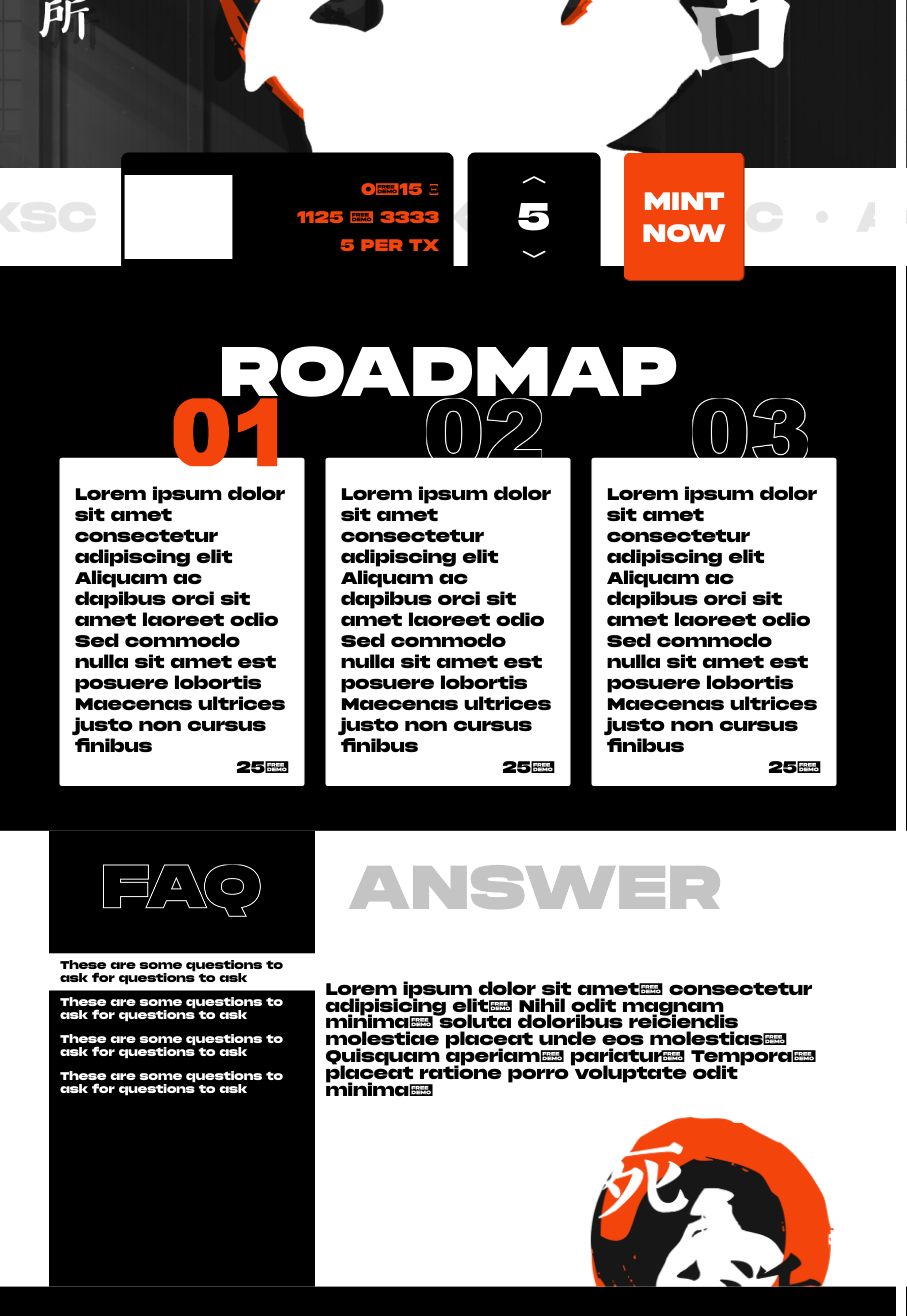
Repository: danishmahmoodawan/Sneakpeak
Page: /
The author's editor kept a copy of each file at every save. The page is drawn from the files as they stood at one save, then again after the next save.
The browser window is 1280 px wide. The page is 1295 px wide, so the pictures cover 1295 px, including what lies to the right of the window. The pictures show the part of the page from y = 530 to 2410 px (the page is 3283 px tall), at 70% of full size.
The project was rebuilt for these pictures with package versions that can differ from the ones it lists, and the page was loaded fresh each time.

Above is the page before, as saved 2022-02-28 22:27:28.

### public/index.html
<!DOCTYPE html>
<html lang="en">
  <head>
    <meta charset="utf-8" />
    <meta name="viewport" content="width=device-width, initial-scale=1" />
    <link rel="stylesheet" href="https://cdnjs.cloudflare.com/ajax/libs/twitter-bootstrap/4.6.0/css/bootstrap.min.css">
	<link rel="stylesheet" href="https://cdnjs.cloudflare.com/ajax/libs/font-awesome/5.15.4/css/all.min.css">
	<link rel="stylesheet" href="assets/css/style.css">
	<title>SneakPeak</title>
  </head>
  <body>
    <noscript>You need to enable JavaScript to run this app.</noscript>
    <div id="root"></div>
	<script src="https://cdnjs.cloudflare.com/ajax/libs/jquery/3.5.1/jquery.slim.min.js"></script>
	<script src="https://cdnjs.cloudflare.com/ajax/libs/popper.js/1.16.1/umd/popper.min.js"></script>
  <script src="https://cdnjs.cloudflare.com/ajax/libs/twitter-bootstrap/4.6.0/js/bootstrap.min.js"></script>
  <link rel="stylesheet" href="https://fonts.googleapis.com/css2?family=Inter:wght@100;200;300;400;500;600;700;800;900&display=swap"/>
  <link rel="stylesheet" href="https://fonts.googleapis.com/css2?family=VT323:wght@400&display=swap"/>
  </body>
</html>

### src/App.js
import Home from "./pages/Home";

function App() {
  return (
    <div>
      <Home />
    </div>
  );
}

export default App;

### src/pages/Home.js

import { useState, useEffect } from 'react';
function Home() {

  return (
   <>
 <section className="top_section">
            <div className="container">
                <div className="row">
                    <div className="col-12 text-center top_image">
                        <div className="social_div">
                            <img src="assets/images/ICON_INSTA24.png" alt="ICON_INSTA24" className="desktop_image"/>
                            <img src="assets/images/ICON_MEDIUM25.png" alt="ICON_MEDIUM25" className="desktop_image"/>
                            <img src="assets/images/ICON_OS26.png" alt="ICON_OS26" className="desktop_image"/>
                            <img src="assets/images/ICON_TWITTER27.png" alt="ICON_TWITTER27" className="desktop_image"/>
                            <img src="assets/images/ICON_DISCORD28.png" alt="ICON_DISCORD28" className="desktop_image"/>
                        </div>
                    </div>
                </div>
            </div>
        </section>
        <section className="first_section"></section>

        <section className="second_section">
            <div className="container">
                <div className="row d-flex align-items-center justify-content-center">
                    <div className="col-12 col-md-5 left_sec_col img_col">
                        <div className="row">
                          <div className="col-12 right_inner_sec_col row_set_whi">
                                <div className="row">
                                    <div className="col-4 col_white">
                                        <p>PRICE</p>
                                    </div>
                                    <div className="col-8 col_black">
                                        <p>0.15 Ξ</p>
                                    </div>
                                </div>
                                <div className="row">
                                    <div className="col-4 col_white">
                                        <p>TOTAL</p>
                                    </div>
                                    <div className="col-8 col_black">
                                        <p>1125 / 3333</p>
                                    </div>
                                </div>
                                <div className="row">
                                    <div className="col-4 col_white">
                                        <p>LIMIT</p>
                                    </div>
                                    <div className="col-8 col_black">
                                        <p>5 PER TX</p>
                                    </div>
                                </div>
                            </div>
                        </div>

                    </div>
                    <div className="col-12 col-md-2 left_sec_col text-center">
                        <div className="row"><div className="col-12 icon_size p-0"> <a href="#" target={{target:"_blank"}}> <svg xmlns="http://www.w3.org/2000/svg" width="50" height="40" fill="currentColor" className="bi bi-chevron-compact-up" viewBox="0 0 16 16">
  <path fill-rule="evenodd" d="M7.776 5.553a.5.5 0 0 1 .448 0l6 3a.5.5 0 1 1-.448.894L8 6.56 2.224 9.447a.5.5 0 1 1-.448-.894l6-3z"/>
</svg></a></div>
 </div>
                        <div className="row"><div className="col-12 icon_size p-0"><span className="counts"> 5 </span></div> </div>
                        <div className="row"><div className="col-12 icon_size p-0"><a href="#" target={{target:"_blank"}}> <svg xmlns="http://www.w3.org/2000/svg" width="50" height="40" fill="currentColor" className="bi bi-chevron-compact-down" viewBox="0 0 16 16">
  <path fill-rule="evenodd" d="M1.553 6.776a.5.5 0 0 1 .67-.223L8 9.44l5.776-2.888a.5.5 0 1 1 .448.894l-6 3a.5.5 0 0 1-.448 0l-6-3a.5.5 0 0 1-.223-.67z"/>
</svg></a></div>
 </div>
                    </div>
                    <div className="col-12 col-md-2 mintbtns right_col">
                    <button className=" m-2">MINT <br /> NOW</button>
                    </div>
                </div>
            </div>
        </section>

        <section className="third_section roadmapSec">
            <div className="container">
                <div className="row third_row">
                <div className="col-12 "><h1>ROADMAP</h1></div>
                 </div>
                 <div className="row set_map">
                 <div className="col-sm-12 col-md-4">
                 <div className="btn map_one maptwo btn-primary position-relative">
             <p>    Lorem ipsum dolor sit amet consectetur adipiscing elit Aliquam ac dapibus orci sit amet laoreet odio Sed commodo nulla sit amet est posuere lobortis Maecenas ultrices justo non cursus finibus </p>
  <span className="position-absolute top-0 start-100 translate-middle badge rounded-pill set_ict">
  <img src="assets/images/01.png" alt="PREVIEW_Artboard321293" className="desktop122_image" />
  </span>
  <p className="text-right">25%</p>
</div>
                 </div>
                 <div className="col-sm-12 col-md-4">
                 <div className="btn map_one maptwo btn-primary position-relative">
             <p>    Lorem ipsum dolor sit amet consectetur adipiscing elit Aliquam ac dapibus orci sit amet laoreet odio Sed commodo nulla sit amet est posuere lobortis Maecenas ultrices justo non cursus finibus </p>
  <span className="position-absolute top-0 start-100 translate-middle badge rounded-pill set_ict">
  <img src="assets/images/02.png" alt="PREVIEW_Artboard321293" className="desktop122_image" />
  </span>
  <p className="text-right">25%</p>
</div>
                 </div>
                 <div className="col-sm-12 col-md-4">
                 <div className="btn map_one maptwo btn-primary position-relative">
             <p>    Lorem ipsum dolor sit amet consectetur adipiscing elit Aliquam ac dapibus orci sit amet laoreet odio Sed commodo nulla sit amet est posuere lobortis Maecenas ultrices justo non cursus finibus </p>
  <span className="position-absolute top-0 start-100 translate-middle badge rounded-pill set_ict">
  <img src="assets/images/03.png" alt="PREVIEW_Artboard321293" className="desktop122_image" />
  </span>
  <p className="text-right">25%</p>
</div>
                 </div>
                 </div>
             </div>
        </section>
        <section className="forth_section faq_container">
            <div className="container">
            <div className="row">
            <div className="col-4 faq_col p-5">
            <img src="assets/images/faq.png" alt="PREVIEW_Artboard321293" className="desktop122_image" />
</div>
            <div className="col-8 p-5">
            <img src="assets/images/answer.png" alt="PREVIEW_Artboard321293" className="desktop122_image" />
            </div>
            </div>



<div className="row">
<div className="col-md-4 bg_link faq_tabss p-0">

    <ul className="nav md-pills pills-secondary d-flex flex-column">
      <li className="nav-item">
        <a className="nav-link active" data-toggle="tab" href="#panel11" role="tab">These are some questions to ask for questions to ask</a>
      </li>
      <li className="nav-item">
        <a className="nav-link" data-toggle="tab" href="#panel12" role="tab">These are some questions to ask for questions to ask</a>
      </li>
      <li className="nav-item">
        <a className="nav-link" data-toggle="tab" href="#panel13" role="tab">These are some questions to ask for questions to ask</a>
      </li>
      <li className="nav-item">
        <a className="nav-link" data-toggle="tab" href="#panel14" role="tab">These are some questions to ask for questions to ask</a>
      </li>
    </ul>

  </div>
  <div className="col-md-8 logo_ns">

    <div className="tab-content pt-0">

      <div className="tab-pane fade in show active" id="panel11" role="tabpanel">
        <br />

        <p>Lorem ipsum dolor sit amet, consectetur adipisicing elit. Nihil odit magnam minima, soluta doloribus
          reiciendis molestiae placeat unde eos molestias. Quisquam aperiam, pariatur. Tempora, placeat ratione
          porro voluptate odit minima.</p>
          <img src="assets/images/logo_set.png" alt="LOGO" className="desktop122_image" />


      </div>
      <div className="tab-pane fade" id="panel12" role="tabpanel">
        <br />

        <p>Lorem ipsum dolor sit amet, consectetur adipisicing elit. Nihil odit magnam minima, soluta doloribus
          reiciendis molestiae placeat unde eos molestias. Quisquam aperiam, pariatur. Tempora, placeat ratione
          porro voluptate odit minima.</p>
        <p>Lorem ipsum dolor sit amet, consectetur adipisicing elit. Nihil odit magnam minima, soluta doloribus
          reiciendis molestiae placeat unde eos molestias. Quisquam aperiam, pariatur. Tempora, placeat ratione
          porro voluptate odit minima.</p>

      </div>
      <div className="tab-pane fade" id="panel13" role="tabpanel">
        <br />

        <p>Lorem ipsum dolor sit amet, consectetur adipisicing elit. Nihil odit magnam minima, soluta doloribus
          reiciendis molestiae placeat unde eos molestias. Quisquam aperiam, pariatur. Tempora, placeat ratione
          porro voluptate odit minima.</p>
          <img src="assets/images/logo_set.png" alt="LOGO" className="desktop122_image" />


      </div>
      <div className="tab-pane fade" id="panel14" role="tabpanel">
        <br />

        <p>Lorem ipsum dolor sit amet, consectetur adipisicing elit. Nihil odit magnam minima, soluta doloribus
          reiciendis molestiae placeat unde eos molestias. Quisquam aperiam, pariatur. Tempora, placeat ratione
          porro voluptate odit minima.</p>
        <p>Lorem ipsum dolor sit amet, consectetur adipisicing elit. Nihil odit magnam minima, soluta doloribus
          reiciendis molestiae placeat unde eos molestias. Quisquam aperiam, pariatur. Tempora, placeat ratione
          porro voluptate odit minima.</p>

      </div>


    </div>


</div>

</div>
</div>


        </section>

        <section className="fifth_section">
            <div className="container-fluid fifth_container">
            <div className="row"><div className="col-12">
                <h2 className="road_map">SNEAKPEEK</h2>
            </div></div></div>
        </section>
        <section className="six_section">
            <div className="container-fluid">
            <div className="row">
            <div className="col-4">
            <img src="assets/images/char_img.png" alt="char_img" className="desktop122_image" />
            </div>
            <div className="col-4">
            <img src="assets/images/char_img.png" alt="char_img" className="desktop122_image" />
            </div>
            <div className="col-4">
            <img src="assets/images/char_img.png" alt="char_img" className="desktop122_image" />
            </div>

            </div>
            </div>
        </section>
        <section>
        <div className="row">
            <div className="col-12">
            <div className="empty_div"> </div>
            </div>
            <div className="col-12">
            <div className="empty_divs"> </div>
            </div>
            </div>
        </section>
        <section className="section_seven">
        <div className="container">
        <div className="row">
            <div className="col-4 col_whites ">
            <img src="assets/images/project_name.png" alt="char_img" className="desktop122_image" />
            </div>
            </div>
            </div>
        </section>

	</>
  );
}

export default Home;

### public/assets/css/style.css
html {
  font-family: Inter;
  font-size: 16px;
}
body{
  overflow-x: hidden;
}
@font-face {
  font-family: 'Phonk-cont';
  src: url('../fonts/Phonk-ContrastDEMO.ttf');
}
@font-face {
  font-family: 'Phonk-regular';
  src: url('../fonts/Phonk-ReguularDEMO.ttf');
}
body {
  font-weight: 400;
  font-style:normal;
  text-decoration: none;
  text-transform: none;
  letter-spacing: normal;
  line-height: 1.15;
  color: var(--dl-color-gray-black);
  background-color: var(--dl-color-gray-white);
}
p{
  margin-bottom: 0px;
  font-family: Phonk-cont;
  font-size: 24px;
  font-style: normal;
  font-weight: 400;
  line-height: 24px;
  letter-spacing: 0em;
  text-align: left;
  color:#FFF
}
h2{
  font-family: 'Phonk-cont';
  font-style: normal;
  font-weight: normal;
  font-size: 72px;
  line-height: 72px;
  color: #FFFFFF;
  text-align: center;
  margin-bottom: 0;
}
:root {
  --dl-color-gray-500: #595959;
  --dl-color-gray-700: #999999;
  --dl-color-gray-900: #D9D9D9;
  --dl-size-size-large: 144px;
  --dl-size-size-small: 48px;
  --dl-color-danger-300: #A22020;
  --dl-color-danger-500: #BF2626;
  --dl-color-danger-700: #E14747;
  --dl-color-gray-black: #000000;
  --dl-color-gray-white: #FFFFFF;
  --dl-size-size-medium: 96px;
  --dl-size-size-xlarge: 192px;
  --dl-size-size-xsmall: 16px;
  --dl-space-space-unit: 16px;
  --dl-color-primary-100: #003EB3;
  --dl-color-primary-300: #0074F0;
  --dl-color-primary-500: #14A9FF;
  --dl-color-primary-700: #85DCFF;
  --dl-color-success-300: #199033;
  --dl-color-success-500: #32A94C;
  --dl-color-success-700: #4CC366;
  --dl-size-size-xxlarge: 288px;
  --dl-size-size-maxwidth: 1400px;
  --dl-radius-radius-round: 50%;
  --dl-space-space-halfunit: 8px;
  --dl-space-space-sixunits: 96px;
  --dl-space-space-twounits: 32px;
  --dl-radius-radius-radius2: 2px;
  --dl-radius-radius-radius4: 4px;
  --dl-radius-radius-radius8: 8px;
  --dl-space-space-fiveunits: 80px;
  --dl-space-space-fourunits: 64px;
  --dl-space-space-threeunits: 48px;
  --dl-space-space-oneandhalfunits: 24px;
}

.desktop122_image{
  width: 100%;
}
/* css start */
.top_section{
  background-color: #222222;
  padding: 10px;
}
.empty_div{
height: 30px;
background: #000;
}
.empty_divs{
height: 30px;
background: white;
}
.section_seven{
background:#E5E5E5;
padding-bottom: 40px;
}
.col_white{
background: white;
}
.col_white img{
  margin-top: -15px;
}
.top_content .button{
  font-family: VT323;
  font-style: normal;
  font-weight: normal;
  font-size: 16px;
  line-height: 16px;
  color: #222222;
}
.first_section{
  background-image: url('images/banner_home.png');
  background-repeat: no-repeat;
  background-size: cover;
  height: 100vh;
  background-position: center;
}
.second_section{
  background-image: url('images/aksc.png');
    background-repeat: no-repeat;
    background-size: inherit;
    background-position: center;
    margin: -30px;
    width: 100%;
}
.third_row h1{
  font-family: Phonk-cont;
  font-style: normal;
  font-weight: 600;
  font-size: 100px;
  text-align: center;
  color: white;
}
.col_white p{
  color: #fff;
  padding: 8px 0;
  text-align: center;
}

.col_black p{
  color: #F3440B;
  padding: 8px 0;
  text-align: right;
}
.img_col{
  padding: 32px 20px !important;
}
.mintbtns button{
  background: #F3440B;
border-radius: 10px;
color: white;
padding: 44px 25px;
font-family: Phonk-cont;
font-weight: 600;
font-size: 36px;
line-height: 46px;
border-color: #F3440B;
}
.mintbtns button:hover{
  background: #bc350a;
}
.counts{
  font-family: Phonk-cont;
  font-style: normal;
  font-weight: 600;
  font-size: 55px;
  color: white;
}
.icon_size{
color: white;
}
.icon_size a{
  color: white;
}
.icon_size a:hover{
  color: #F3440B;
}
.second_section .row{
  align-items: center;
}
.left_sec_col{
  background-color: #000;
  padding: 20px 15px;
  border-radius: 10px;
  margin-left: 10px;
  margin-right: 10px;
}

.pluss_minus_row{
  padding: 40px;
}
.second_section a.button{
  background: linear-gradient(90.9deg, #35A9AD 0%, #9D4DB1 100%);
  color: #FFF;
  font-family: VT323;
  display: block;
  text-decoration: none;
  max-width: 370px;
  margin: 0 auto;
  margin-top: 30px;
  cursor: pointer;
}
.map_one{
  background: #444444;
  border: 2px solid #FFFFFF;
box-sizing: border-box;
padding: 35px 20px 10px 20px;
margin-top: 16%;
}
.roadmapSec{
padding: 5% 0;
}
.maptwo{
  background: white;
}
.maptwo p{
  color: #000;
}
.forth_section img{
width: 80%;
}
.map_one p{
  line-height: 30px;
}
.maptwo .badge{
top: -118px !important;
}
.maptwo img{
  width: 82%;
}
.map_one .badge{
  top: -90px;
  right: -19px;

}
.set_ict{
  font-family: Phonk-cont;
  font-style: normal;
  font-weight: 600;
  font-size: 100px;
  text-align: center;
  color: white;
}
.map_one:hover{
  background: #444444;
  border: 2px solid #FFFFFF;
}
.maptwo:hover{
  background: white;
}
.map_one:active, .map_one:focus{
  background-color: #444444 !important;
  box-shadow: none !important;
  border-color: #fff !important;
}
.map_two:active, .map_two:focus{
  background-color: white !important;
  box-shadow: none !important;
  border-color: #fff !important;
}
.map_one:not(:disabled):not(.disabled){
  cursor: auto;
}
p.sol{
  color: rgba(34, 34, 34, 0.5);
  text-align: center;
  padding-top: 8px;
}
.third_section{
  background-color: black;
  padding-top: 7%;
}
.faq_container{
  background: white;
}
.faq_container h2{
  padding: 0 30px;

}
.faq_col{
background: black;
display: block;
text-align: center;
}
.bg_link{
  background: black;
}

.forth_left_col{
  background-color: #222222;
}
.forth_section p{
  margin: 20px 0;
  color: black;
}
.logo_ns img{
width: 50%;
float: right;
}
.forth_left_col p{
  background-color: #111111;
  color: #FFF;
  padding: 10px 20px;
}
.forth_right_col{
  padding-left: 100px;
}
.forth_right_col p{
  color: #111111;
}
.fifth_section{
  background: black;
  padding: 50px 0;
}
.fifth_section .container:not(:last-child) {
  background: #C4C4C4;
  max-width: 900px;
  margin: 0 auto;
  padding: 50px 30px 100px;
}

.fifth_section h2.road_map{
  font-size: 120px;
  line-height: 60px;
color:black;
text-align: left;
}
.fifth_section p{
  color: #111111;
}
.fifth_container{
background: #F3440B;
padding: 20px;
}
.six_section{
background: #2f4773;
}
.fifth_left_col{
  background-color: #FFF;
  border-right: 8px solid rgba(17, 17, 17, 0.5);
  border-bottom: 8px solid rgba(17, 17, 17, 0.5);
}
.fifth_left_col h2{
  font-size: 100px;
  line-height: 100px;
  color: #000000;
  padding: 20px;
}
.fifth_last_row .fifth_left_col{
  background: linear-gradient(90.9deg, #35A9AD 0%, #9D4DB1 100%);
  border-right: 8px solid rgba(255, 255, 255, 0.5);
  border-bottom: 8px solid rgba(255, 255, 255, 0.5);
}
.fifth_last_row .fifth_left_col h2{
  color: #FFF;
}
.logo_container{
  background-color: #FFF;
}
/* FAQ Start */
.faq_tabss a{
color: white;
font-family: Phonk-cont;
}
.faq_tabss .active{
background: white;
color: black;
}
/* FAQ STart */
/* media query */
@media only screen and (min-width: 1025px) {

}
@media only screen and (max-width: 1024px) and (min-width: 992px) {

  .first_section{
    height: 26vh;
    background-size: contain;
  }
  .right_third_col{
    background-size: cover;
  }
}

@media only screen and (max-width: 992px) and (min-width: 768px) {
  .first_section{
    height: 26vh;
  }
  .pluss_minus_row{
    padding: 25px;
  }
  .col_white p ,.col_black p{
    font-size: 18px;
  }
  .right_third_col{
    background-size: cover;
  }
}
@media only screen and (max-width: 767px) {
  h2{
    font-size: 36px;
    line-height: 42px;
  }
  .third_row h1, .fifth_section h2.road_map{
    font-size: 30px;
  }
  .first_section {
    background-size: cover;
    height: 25vh;
  }
  .top_section .col-6{
padding: 0;
  }
  .right_sec_col{
    padding-top: 30px;
  }
  .second_section{
    margin: 0;
  }
  .row_set_whi{
    margin: 10px -25px;
  }
  .footer_row .col_ew{
display: none;
  }
  .faq_container{
    padding: 35px 0 30px;
  }
  .right_third_col .container{
    position: initial
  }
  .right_third_col .container .row{
    margin-top: 20px;
  }
  .right_third_col a{
    margin-bottom: 10px;
  }
  .forth_right_col{
    padding: 0 15px ;
  }
  .forth_section{
    padding-bottom: 40px;
  }
  .fifth_section p{
    margin-top: 20px;
  }
  .fifth_section .container:not(:last-child){
    padding-bottom: 40px;
  }
  body, html{
    overflow-x: hidden;
  }
}

@media only screen and (max-width: 767px) and (min-width: 540px) {
  .first_section{
    height: 33vh;
    background-size:  cover;
  }
}

Loaded but not shown: src/index.js (common file); src/index.css (common file); src/reportWebVitals.js (common file)

After the next save:
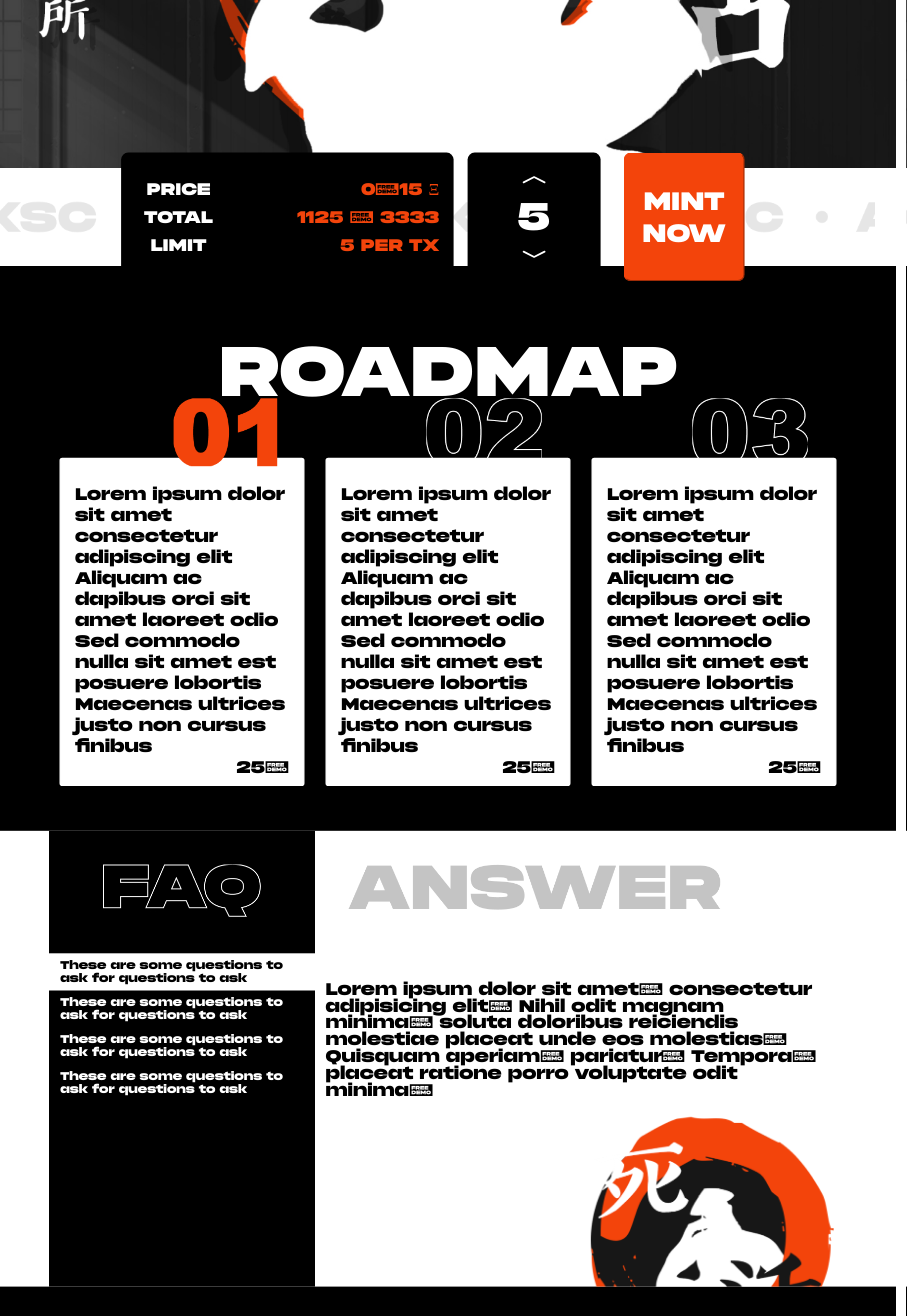
Saved 3 s later.
--- a/public/assets/css/style.css
+++ b/public/assets/css/style.css
@@ -101,7 +101,7 @@ background: white;
 background:#E5E5E5;
 padding-bottom: 40px;
 }
-.col_white{
+.col_whites{
 background: white;
 }
 .col_white img{
